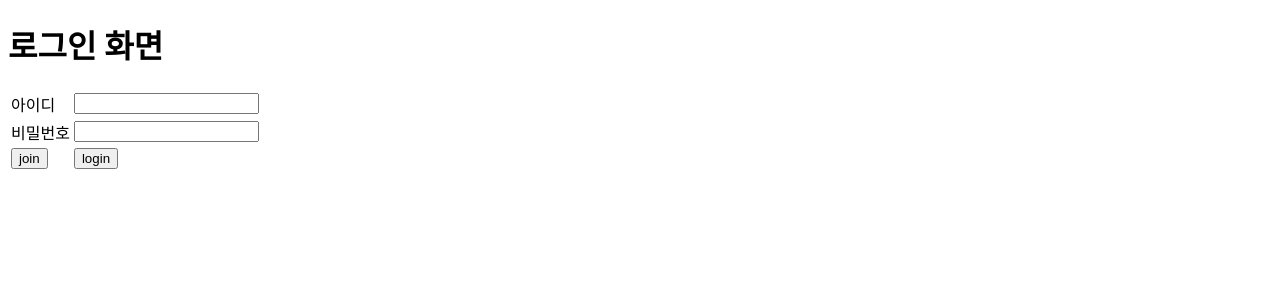
Repository: chuni90/bigdata
Page: http://localhost/tutorial_03/view/login.jsp
The author's editor kept a copy of each file at every save. The page is drawn from the files as they stood at one save, then again after the next save.
The browser window is 1280 px wide. The pictures show the whole page.
The page is served by Tomcat 9. Other server files are loaded and not shown.

Above is the page before, as saved 2019-09-24 02:28:37.

### 2. Java DB/Oracle/tutorial_03/WebContent/view/login.jsp
<%@ page language="java" contentType="text/html; charset=UTF-8"
    pageEncoding="UTF-8"%>
<!DOCTYPE html PUBLIC "-//W3C//DTD HTML 4.01 Transitional//EN" "http://www.w3.org/TR/html4/loose.dtd">
<html>
	<head>
		<meta http-equiv="Content-Type" content="text/html; charset=UTF-8">
		<title>Insert title here</title>
	</head>
	<body>
		<h1>로그인 화면</h1>
		<form action = "login_pro.jsp" method="post">
			<table>
				<tr>
					<td>아이디</td>
					<td><input type="text" name="id"/></td>
				</tr>
				<tr>
					<td>비밀번호</td>
					<td><input type="password" name="pass"/></td>
				</tr>
				<tr>
					<td><input type="button" value = "join" onclick="join.jsp"/></td>
					<td><input type="submit" value = "login"/></td>
				</tr>
			</table>

		</form>

	</body>
</html>

After the next save:
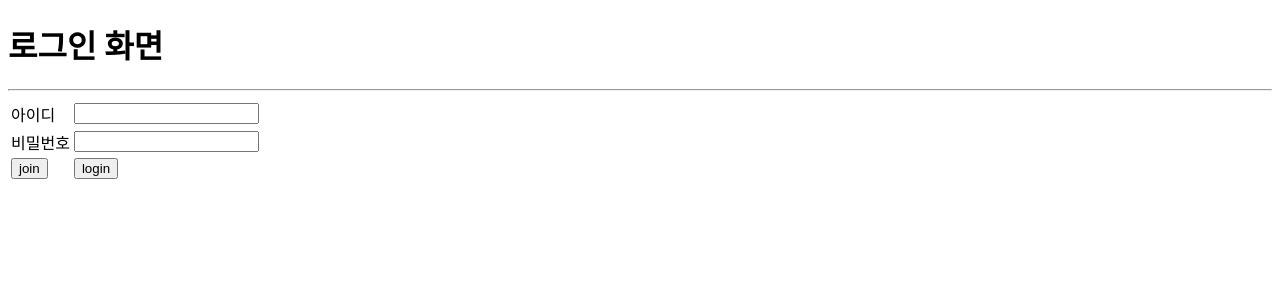
Saved 36 s later.
--- a/2. Java DB/Oracle/tutorial_03/WebContent/view/login.jsp
+++ b/2. Java DB/Oracle/tutorial_03/WebContent/view/login.jsp
@@ -7,7 +7,7 @@
 		<title>Insert title here</title>
 	</head>
 	<body>
-		<h1>로그인 화면</h1>
+		<h1>로그인 화면</h1><hr>
 		<form action = "login_pro.jsp" method="post">
 			<table>
 				<tr>
